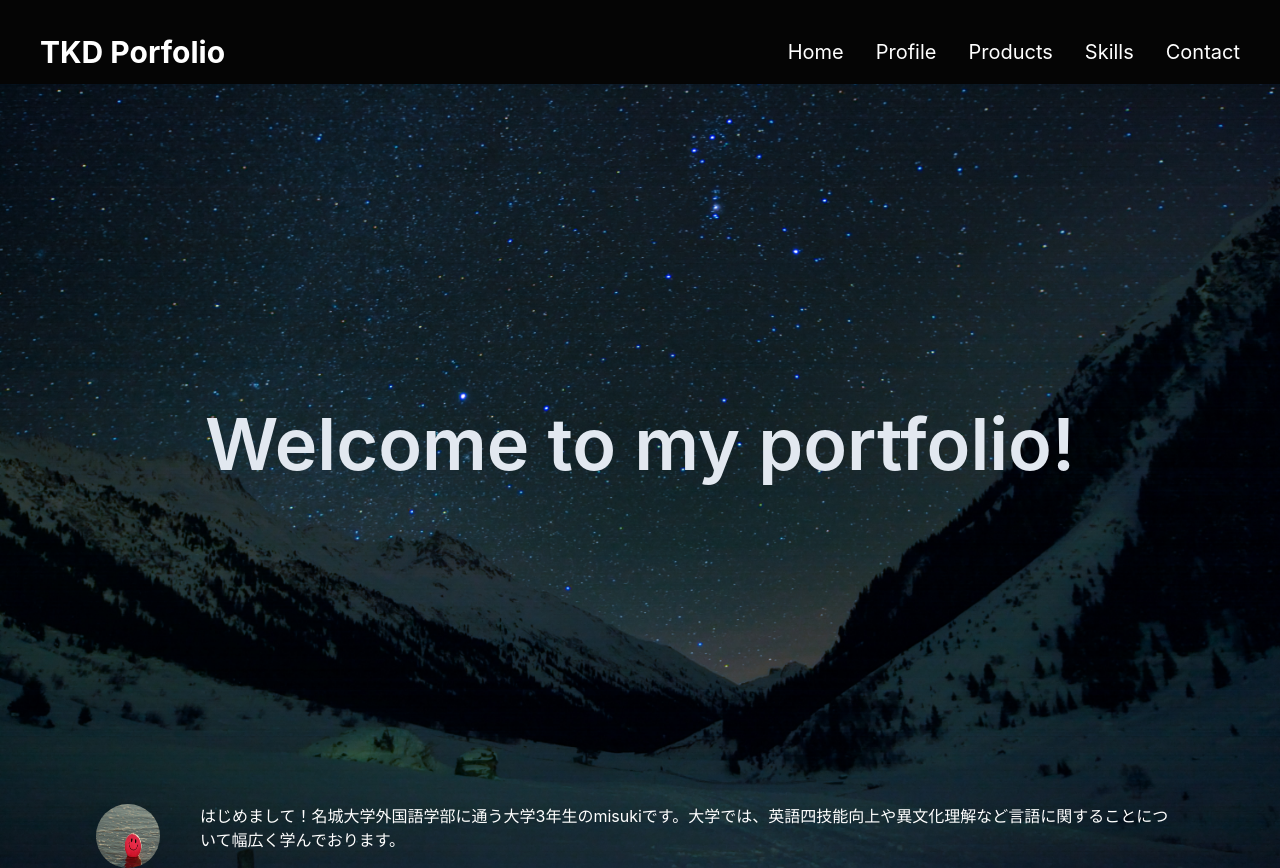
Repository: MitukiTakada/todo-aplication
Page: / (app in design/dev/react-tailwind/react-tailwind/)
The author's editor kept a copy of each file at every save. The page is drawn from the files as they stood at one save, then again after the next save.
The browser window is 1280 px wide. The pictures show the whole page.
The project was rebuilt for these pictures with package versions that can differ from the ones it lists, and the page was loaded fresh each time. Also part of the build but not shown: design/dev/react-tailwind/react-tailwind/src/components/Contact.jsx, design/dev/react-tailwind/react-tailwind/src/components/Products.jsx, design/dev/react-tailwind/react-tailwind/src/components/Profile.jsx, design/dev/react-tailwind/react-tailwind/src/components/Skills.jsx.

Above is the page before, as saved 2022-11-19 14:52:31.

After the next save:
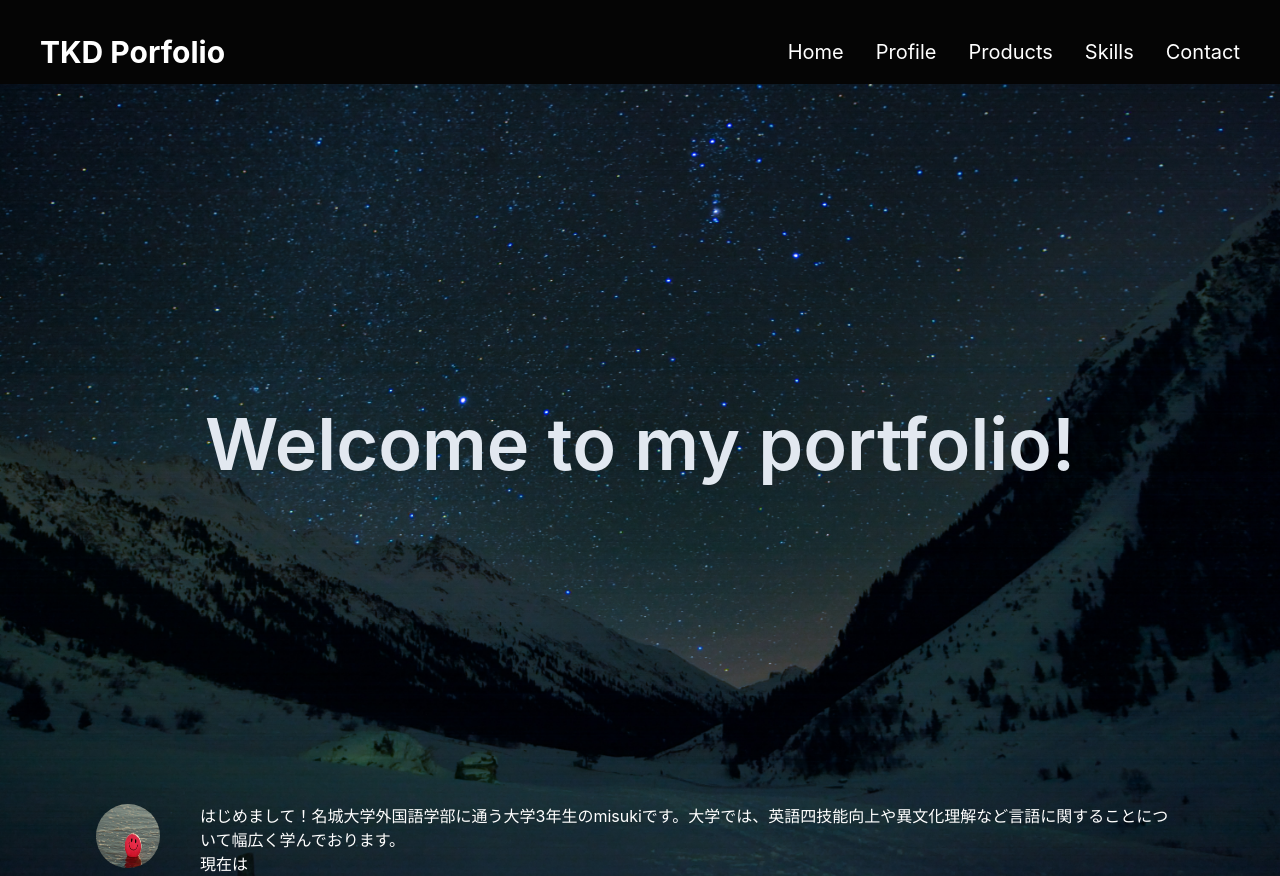
Saved 5 s later.
--- a/design/dev/react-tailwind/react-tailwind/src/components/Home.jsx
+++ b/design/dev/react-tailwind/react-tailwind/src/components/Home.jsx
@@ -14,7 +14,7 @@ const Home = () => {
         <p>
           はじめまして！名城大学外国語学部に通う大学3年生のmisukiです。大学では、英語四技能向上や異文化理解など言語に関することについて幅広く学んでおります。
           <br />
-
+          現在は
         </p>
       </div>
     </div>
